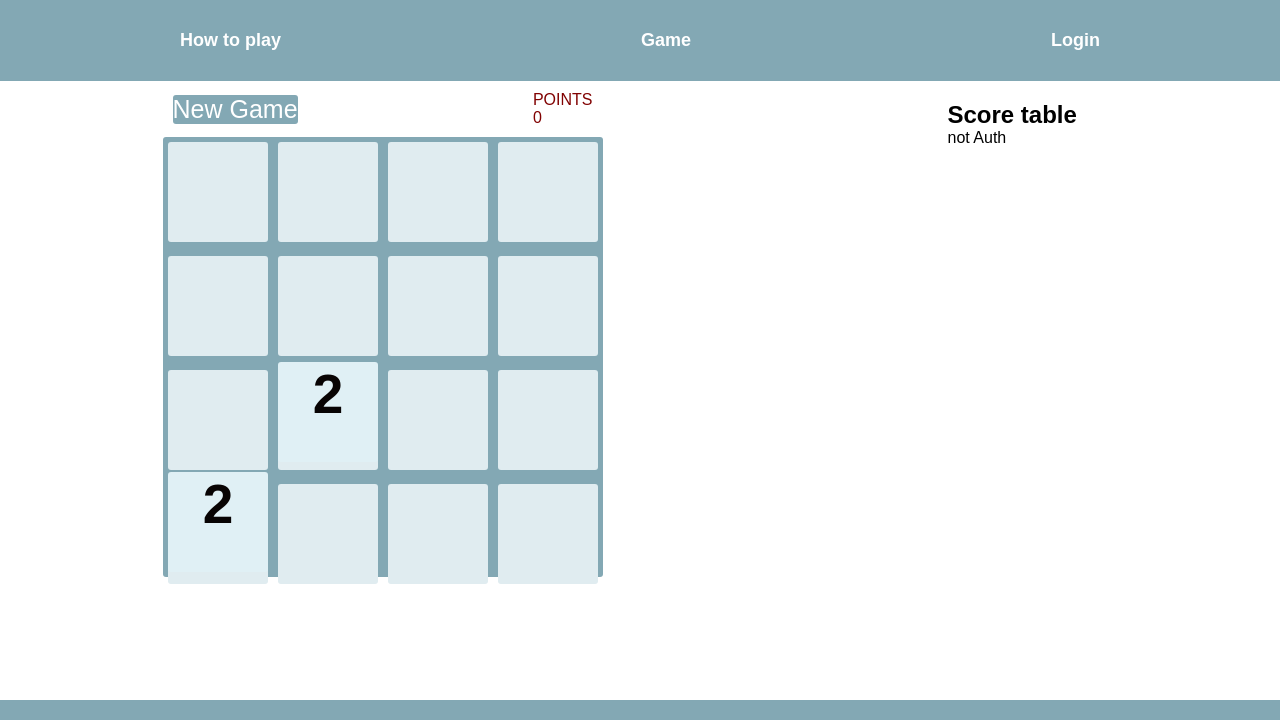
Repository: nika-otter/2048
Page: / (app in client/)
An editor plug-in stored every save of this project. The page is shown before and after the next save, followed by the edit.
The browser window is 1280 px wide. The pictures show the whole page.
The project was rebuilt for these pictures with package versions that can differ from the ones it lists, and the page was loaded fresh each time. Also part of the build but not shown: client/src/components/Login/LoginForm.js, client/src/pages/account/index.jsx, client/src/components/Game/GameOverlay.jsx, client/src/components/InstructionPage/InstructionPage.module.scss, client/src/components/HowToPlay/howtoplay.module.scss, client/src/components/HowToPlay/howtoplay.jsx, client/src/components/InstructionPage/InstructionPage.jsx, client/src/pages/Instruction/index.jsx and 4 more.

Above is the page before, as saved 2023-05-01 16:48:53.

After the next save:
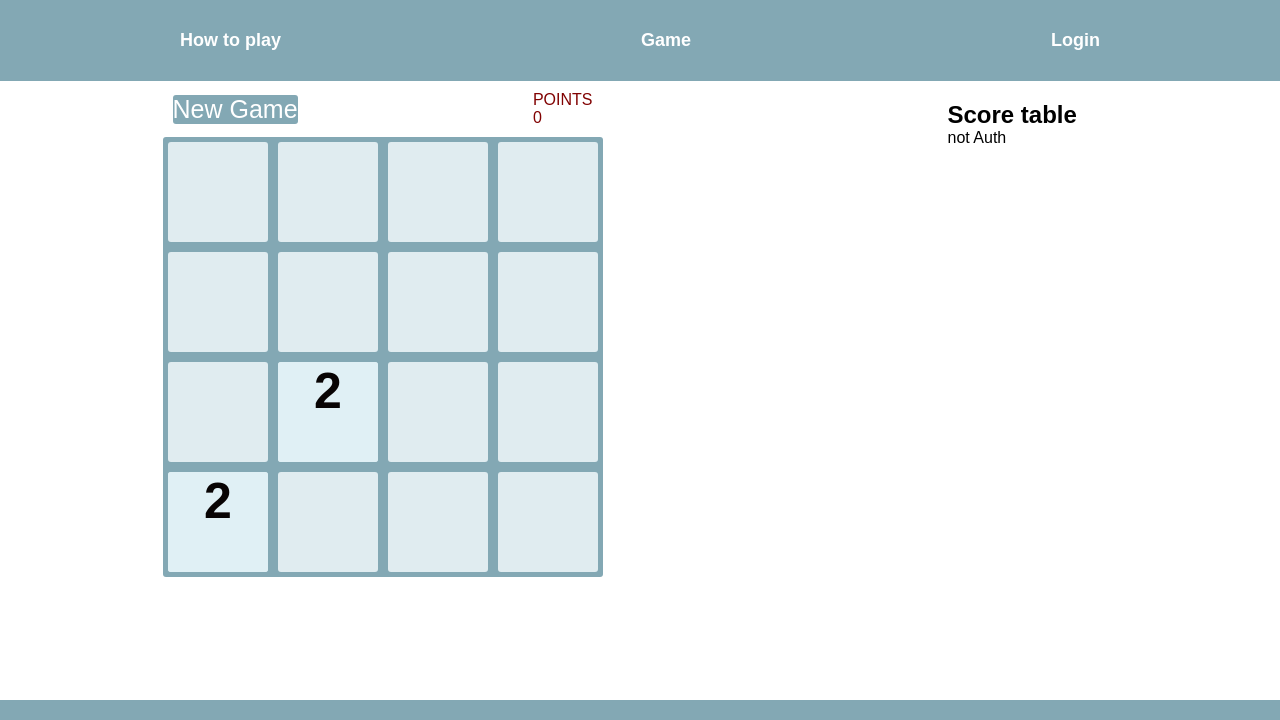
Saved 10 s later.
--- a/client/src/components/Game/Board.scss
+++ b/client/src/components/Game/Board.scss
@@ -103,10 +103,10 @@ body {
   margin: 5px;
   // line-height: 90px;
   display: inline-block;
-  font-size: 55px;
+  font-size: 50px;
   font-weight: bold;
   text-align: center;
-  // vertical-align: middle;ss
+  vertical-align: middle;
   border-radius: 3px;
   // font-family: "Clear Sans";
   color: rgb(8, 4, 4);
